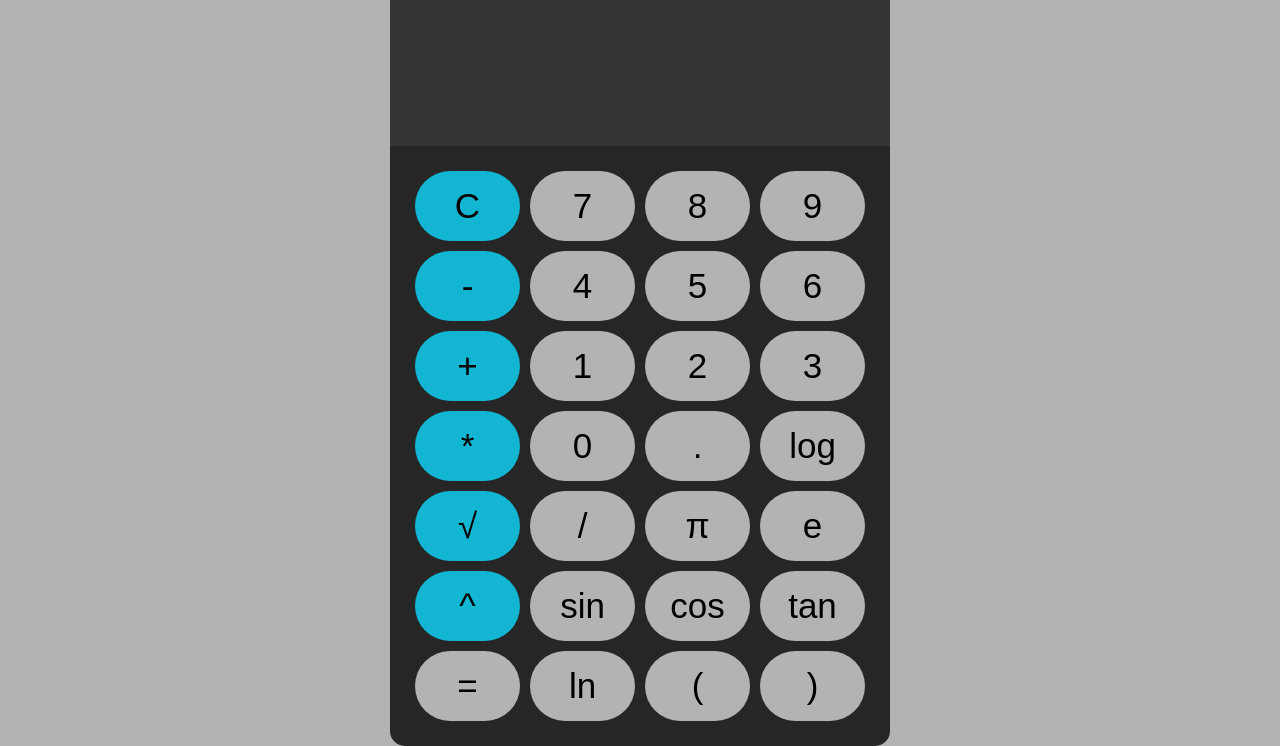
Repository: Haakim19/JavaScript
Page: Calculater/Main.html
The author's editor kept a copy of each file at every save. The page is drawn from the files as they stood at one save, then again after the next save.
The browser window is 1280 px wide. The pictures show the whole page.

Above is the page before, as saved 2024-10-23 15:12:10.

After the next save:
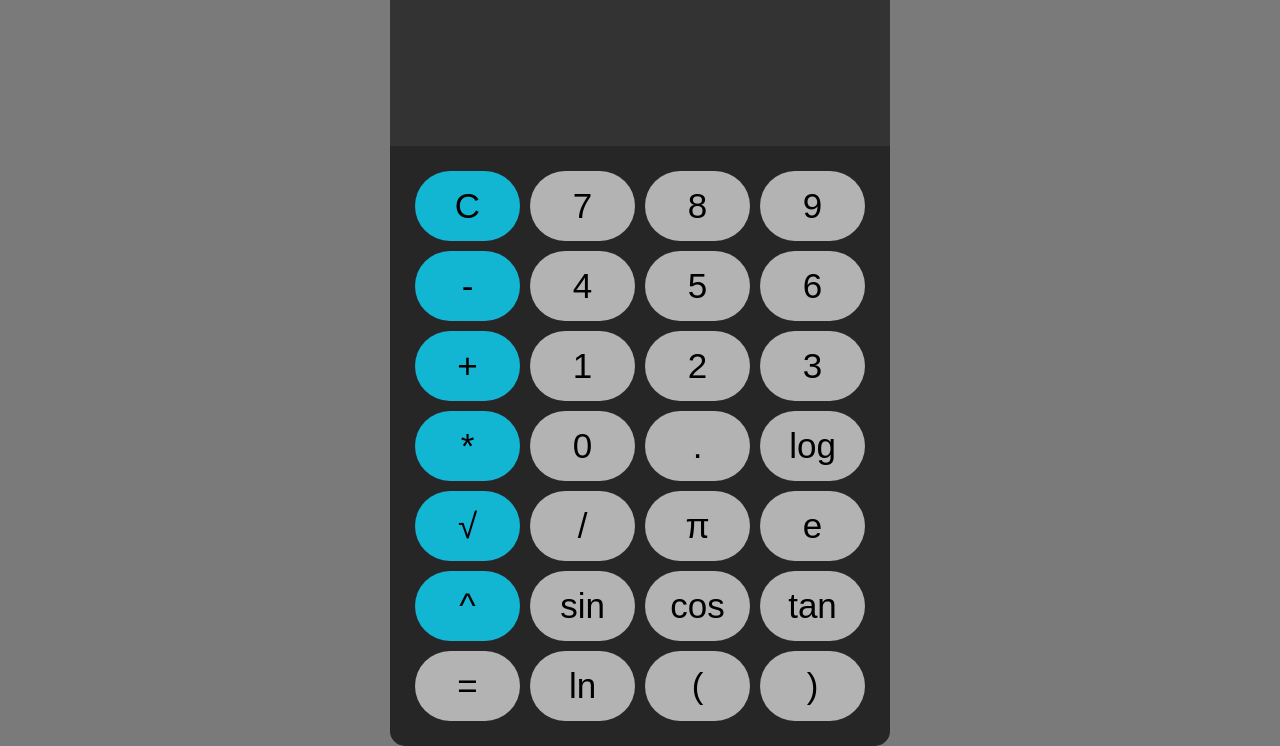
Saved 22 s later.
--- a/Calculater/Main.css
+++ b/Calculater/Main.css
@@ -6,7 +6,7 @@ body{
     height: 100vh;
     background-color: hsl(0,0%, 5%);
     background-image: url();
-    animation:scale 0.5s infinite;
+    animation:scale 0.9s infinite;
 }
 #calculate{
     font-family:sans-serif;
